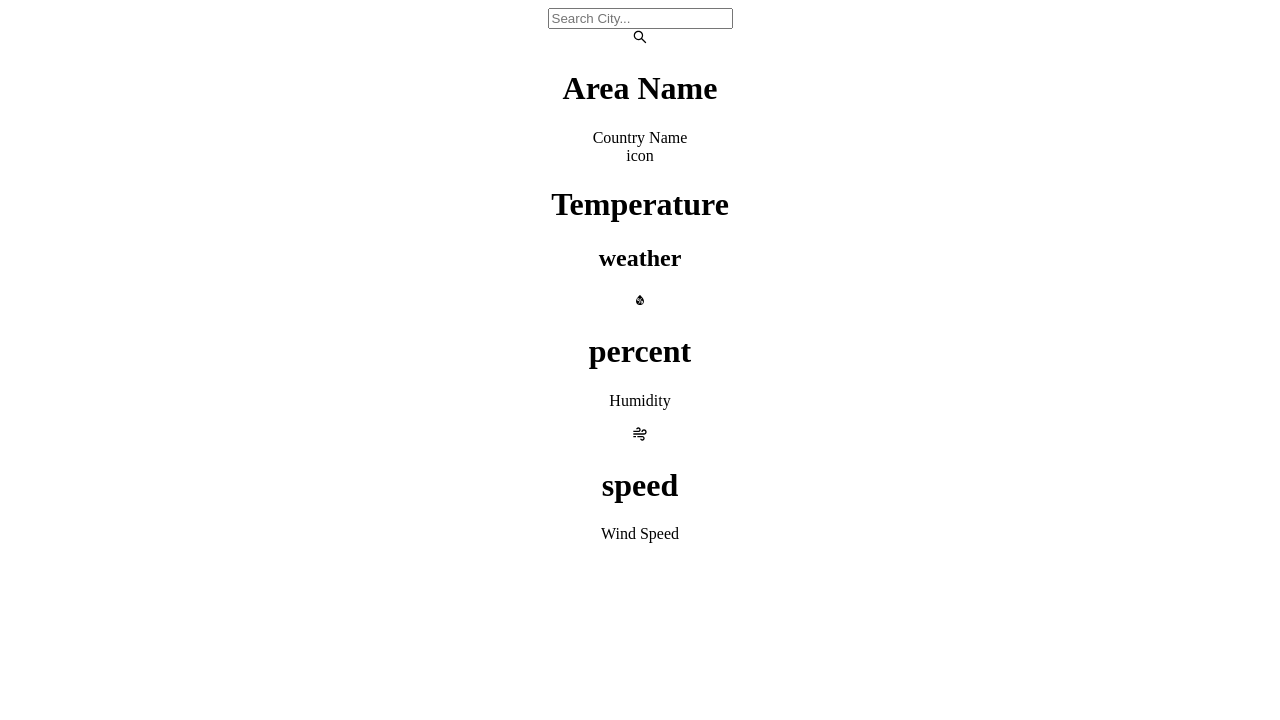
Repository: vaishnavik94/WeatherAPP
Page: /
An editor plug-in stored every save of this project. The page is shown before and after the next save, followed by the edit.
The browser window is 1280 px wide. The pictures show the whole page.
The project was rebuilt for these pictures with package versions that can differ from the ones it lists, and the page was loaded fresh each time.

Above is the page before, as saved 2024-04-15 17:48:36.

### public/index.html
<!DOCTYPE html>
<html lang="en">

  <head>
    <meta charset="utf-8" />
    <meta name="viewport" content="width=device-width, initial-scale=1" />
    <meta name="theme-color" content="#000000" />
    <meta name="description" content="Web site created using create-react-app"/>

    <title>React App</title>
  </head>

  <body>
    <noscript>You need to enable JavaScript to run this app.</noscript>
    <div id="root"></div>

  </body>

</html>

### src/App.tsx
import React from 'react';
import './App.css';
import DisplayWeather from './components/DisplayWeather';

function App() {
  return (
    <div className="App">
      <DisplayWeather/>
    </div>
  );
}

export default App;

### src/components/DisplayWeather.tsx
import React from 'react'
import {MainWrapper} from './styles.module'
import { AiOutlineSearch } from "react-icons/ai";
import { WiHumidity } from "react-icons/wi";
import { BiWind } from "react-icons/bi";

const DisplayWeather = () => {
  return (
    //<MainWrapper>

        <div className="container">
            <div className="searchArea">
                <input type="text" placeholder='Search City...' id="cityInput"/>

                <div className="searchCircle">
                    <AiOutlineSearch className='searchIcon' />
                </div>
            </div>

            <div className="weatherArea">
                <h1>Area Name</h1>
                <span>Country Name</span>
                <div className="icon">
                    icon
                </div>
                <h1>Temperature</h1>
                <h2>weather</h2>
            </div>

            <div className="bottomInfoArea">
                <div className="humidityLevel">
                    <WiHumidity className='windIcon'/>
                    <div className="humidInfo">
                        <h1>percent</h1>
                        <p>Humidity</p>
                    </div>
                </div>

                <div className="windLevel">
                    <BiWind className='windIcon'/>
                    <div className="windInfo">
                        <h1>speed</h1>
                        <p>Wind Speed</p>
                    </div>
                </div>

            </div>
        </div>



    //</MainWrapper>
  )
}

export default DisplayWeather

### src/components/styles.module.ts
import styled from "styled-components";


export const MainWrapper = styled.div`
height: 100vh;
background: linear-gradient(to right, #c7c7eb, #ccf2dd);
.container {
background-color: #ffffff7d;
border-radius: 12px;
padding: 1rem;
position: absolute;
top: 50%;
left: 50%;
transform: translate(-50%, -50%);
box-shadow: 0 10px 15px rgb(0 0 0 / 20%);
box-sizing: border-box;
color: rgba(0, 0, 0, 0.8);
background-blend-mode: overlay;
justify-content: space-between;
align-items: center;
flex-direction: column;
position: absolute;
}


.searchArea {
margin-top: 20px;
display: flex;
justify-content: space-evenly;
align-items: center;
width: 100%;
}


.searchArea > input {
outline: none;
border: none;
border: 1px solid grey;
padding: 8px;
border-radius: 20px;
text-align: center;
width: 80%;
background: transparent;
}
.searchCircle {
border: 1px solid grey;
width: 30px; /* Adjust the width of the circle as needed */
height: 30px; /* Ensure the height matches the width for a perfect circle */
border-radius: 50%;
display: flex;
justify-content: center;
align-items: center;
cursor: pointer;


> .searchIcon {
font-size: 20px;
color: grey;
}
}


.weatherArea {
display: flex;
align-items: center;
flex-direction: column;
margin: 30px 0;


> .icon {
font-size: 9rem;


/* DO LATER NOT WHEN CREATING UI */
}


> h1 {
font-size: 3rem;


font-family: "Bebas Neue", sans-serif;
}


> span {
margin-bottom: 10px;
font-family: "Inter", sans-serif;
}


> h2 {
font-size: 2rem;
font-family: "Inter", sans-serif;
font-weight: 400;
}
}


.bottomInfoArea {
display: flex;
align-items: center;
justify-content: space-around;
font-family: "Josefin Sans", sans-serif;
margin: 10px;
background: linear-gradient(
90deg,
rgba(243, 255, 253, 1) 0%,
rgba(253, 255, 232, 1) 100%
);
border-radius: 12px;
padding: 10px;
}
.humidityLevel,
.wind {
display: flex;
align-items: center;
margin: 0 20px;


> .humidIcon {
font-size: 3rem;
}
}


.windIcon {
font-size: 2rem;
margin-right: 10px;
}


.loading {
height: 400px;
width: 300px;
display: flex;
flex-direction: column;
justify-content: center;
align-items: center;
z-index: 9999;


.loadingIcon {
font-size: 3rem;
/* DO LATER NOT WHEN CREATING UI */
animation: spin 2s linear infinite;
}
p {
font-size: 22px;
margin-top: 10px;
font-family: "Josefin Sans", sans-serif;
}
}


/* DO LATER NOT WHEN CREATING UI */
@keyframes spin {
from {
transform: rotate(0deg);
}
to {
transform: rotate(360deg);
}
}
`;

Loaded but not shown: src/index.tsx (common file); src/App.css (common file)

After the next save:
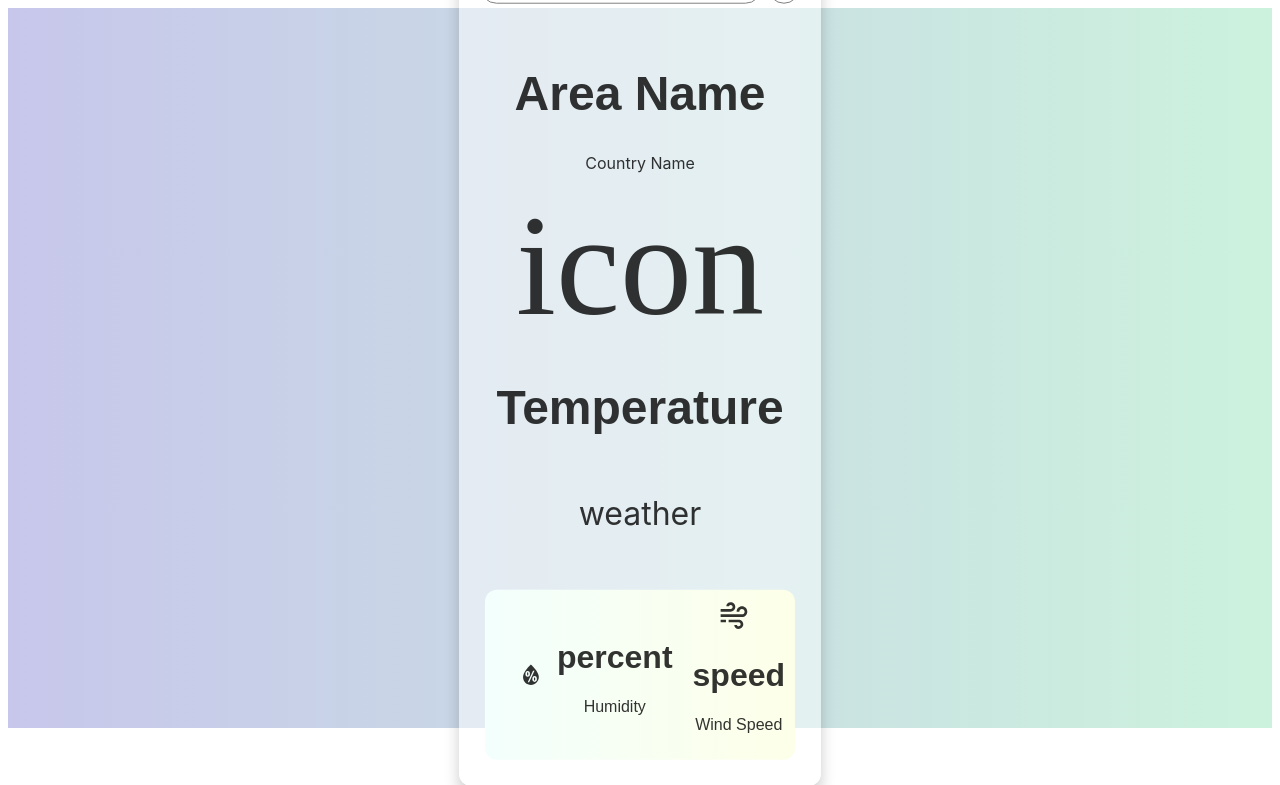
Saved 34 s later.
--- a/src/components/DisplayWeather.tsx
+++ b/src/components/DisplayWeather.tsx
@@ -6,7 +6,7 @@ import { BiWind } from "react-icons/bi";
 
 const DisplayWeather = () => {
   return (
-    //<MainWrapper>
+    <MainWrapper>
 
         <div className="container">
             <div className="searchArea">
@@ -49,7 +49,7 @@ const DisplayWeather = () => {
 
 
 
-    //</MainWrapper>
+    </MainWrapper>
   )
 }
 
